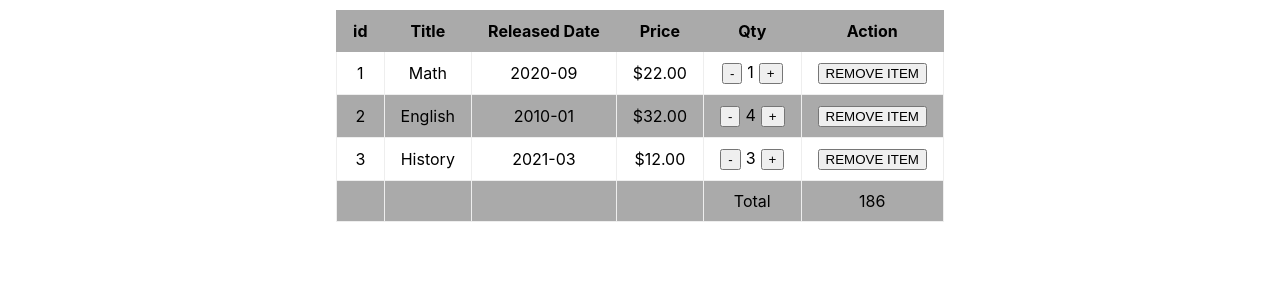
Repository: vgg1kkh/myBookStoreBasket
Page: /
These files come from the project's save history. The page is drawn as it stood at one moment and after the next save; the edit follows.
The browser window is 1280 px wide. The pictures show the whole page.
The project was rebuilt for these pictures with package versions that can differ from the ones it lists, and the page was loaded fresh each time.

Above is the page before, as saved 2021-10-07 16:52:01.

### public/index.html
<!DOCTYPE html>
<html lang="en">
  <head>
    <meta charset="utf-8" />
    <link rel="icon" href="%PUBLIC_URL%/favicon.ico" />
    <meta name="viewport" content="width=device-width, initial-scale=1" />
    <meta name="theme-color" content="#000000" />
    <meta
      name="description"
      content="Web site created using create-react-app"
    />
    <title>React App</title>
  </head>
  <body>
    <noscript>You need to enable JavaScript to run this app.</noscript>
    <div id="root"></div>

  </body>
</html>

### src/App.js
import React, { Component } from "react";
import { formatPrice } from "./format-util";
import "./App.css";

export default class App extends Component {
  constructor() {
    super();
    this.state = {
      bookList: [
        { id: 3, name: "Math", date: "2020-09", price: 22, number: 1 },
        { id: 4, name: "English", date: "2010-01", price: 32, number: 4 },
        { id: 5, name: "History", date: "2021-03", price: 12, number: 3 },
      ],
    };
  }

  getTotalPrice() {
    // this.state.bookList.reduce(
    //   (pre, item) => (pre = item.price * item.number + pre)
    // );
    let totalPrice = 0
    for(let i of this.state.bookList){
        totalPrice = i.price * i.number + totalPrice
    }
    return totalPrice
  }
  render() {
    return (
      <>
        <div>
          <table className="table-wrapper">
            <thead>
              <tr>
                <th>id</th>
                <th>Title</th>
                <th>Released Date</th>
                <th>Price</th>
                <th>Qty</th>
                <th>Action</th>
              </tr>
            </thead>
            <tbody>
              {this.state.bookList.map((item, index) => {
                return (
                  <tr key={item.id}>
                    <td>{index + 1}</td>
                    <td>{item.name}</td>
                    <td>{item.date}</td>
                    <td>{formatPrice(item.price)}</td>
                    <td>
                      <button>-</button>
                      <span className="book-qty">
                        {item.number}
                      </span>
                      <button>+</button>
                    </td>
                    <td>
                      <button>REMOVE ITEM</button>
                    </td>
                  </tr>
                );
              })}
              <tr>
                <td></td>
                <td></td>
                <td></td>
                <td></td>
                <td>Total</td>
                <td>{this.getTotalPrice()}</td>
              </tr>
            </tbody>
          </table>
        </div>

      </>
    );
  }
}

### src/format-util.js
export function formatPrice(price){
    if(typeof price !== "number"){
        return Number(price) || 0
    }
    return ("$"+price.toFixed(2))
}

### src/App.css
.table-wrapper {
    margin: 10px auto;
    border: 1px solid #eee;
    border-collapse: collapse;
    text-align: center;
}

th,td {
    border: 1px solid #eee;
    padding: 10px 16px;
    /* border-collapse: collapse; */
}

th {
    background-color: #aaa;
    border-color: #aaa
}
table tbody tr:nth-child(2n){
    background-color: #aaa;
}
.book-qty {
    margin: 0 5px;
}

Loaded but not shown: src/index.js (common file); src/index.css (common file)

After the next save:
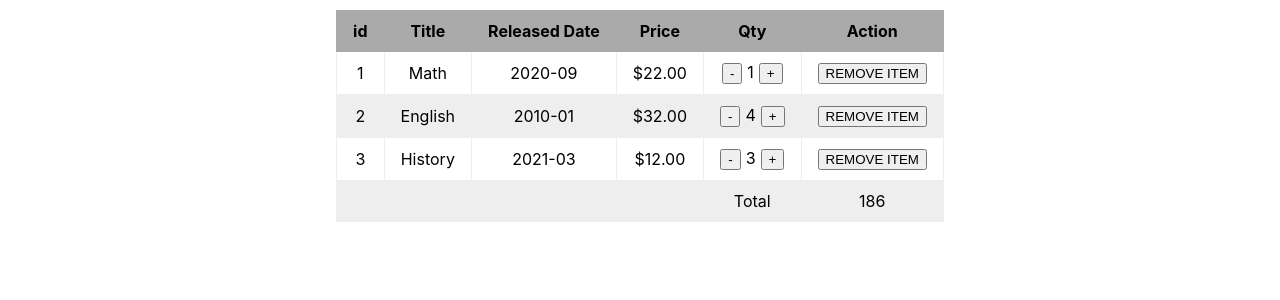
Saved 16 s later.
--- a/src/App.css
+++ b/src/App.css
@@ -16,7 +16,7 @@ th {
     border-color: #aaa
 }
 table tbody tr:nth-child(2n){
-    background-color: #aaa;
+    background-color: #eee;
 }
 .book-qty {
     margin: 0 5px;
